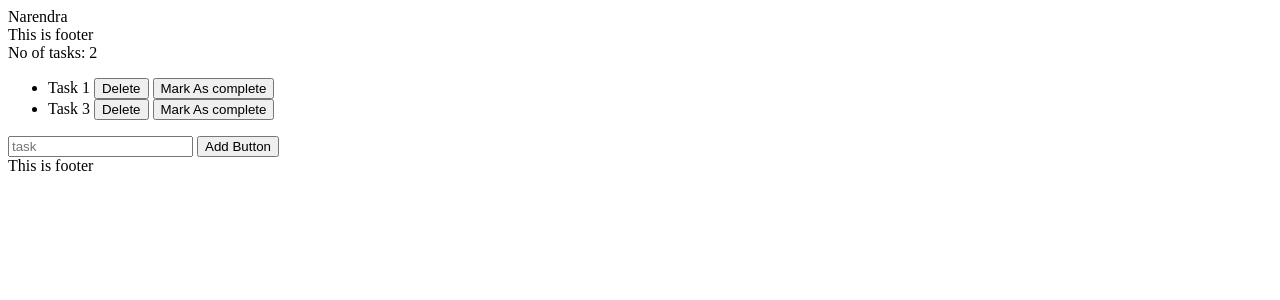
Repository: narendraiitm/jan-2023-term-live-session
Page: todo-vue/index.html
These files come from the project's save history. The page is drawn as it stood at one moment and after the next save; the edit follows.
The browser window is 1280 px wide. The pictures show the whole page.

Above is the page before, as saved 2023-02-16 17:32:32.

### todo-vue/index.html
<!DOCTYPE html>
<html lang="en">
  <head>
    <meta charset="UTF-8" />
    <meta http-equiv="X-UA-Compatible" content="IE=edge" />
    <meta name="viewport" content="width=device-width, initial-scale=1.0" />
    <title>Document</title>
    <style>
      .complete {
        color: red;
      }
    </style>
  </head>
  <body>
    <div id="app"></div>
    <script src="https://cdn.jsdelivr.net/npm/vue@2/dist/vue.js"></script>
    <script src="./app.js"></script>
  </body>
</html>

### todo-vue/app.js
const Footer = {
  template: `<div> This is footer </div>`,
}

Vue.component('Header', {
  template: `<div> {{name}}
  <Footer />
  </div>`,
  data() {
    return {
      name: 'Narendra',
    }
  },
  components: {
    Footer: Footer,
  },
})

new Vue({
  // options object
  el: '#app',
  template: `<div>
  <Header />
  <div> No of tasks: {{noOfTasks}} </div>
  <ul>
    <li v-for='(task, index) in tasks'>
        <span :class='{complete: task.complete}'>{{task.name}}</span>
        <button @click='deleteTask(index)'> Delete</button>
        <button @click='markAsComplete(index)'> Mark As complete</button>
    </li>
  </ul>
  <input placeholder='task' v-model='currentTask' />
  <button @click='addTask()'> Add Button </button>
  <Footer />
  </div>`,
  data: {
    currentTask: null,
    tasks: [
      { name: 'Task 1', complete: false },
      { name: 'Task 3', complete: false },
    ],
  },
  components: {
    Footer,
  },
  methods: {
    addTask() {
      this.tasks.push({ name: this.currentTask })
    },
    deleteTask(index) {
      this.tasks.splice(index, 1)
    },
    markAsComplete(index) {
      this.tasks[index].complete = true
    },
  },
  computed: {
    noOfTasks() {
      return this.tasks.length
    },
  },
  watch: {
    currentTask(newVal, oldVal) {
      if (newVal.length > 5) {
        alert('Length of the task cannot be more then 5')
      }
    },
  },
})

### todo-vue/Components/Footer.js
export default {
  template: `<div> This is footer </div>`,
}

After the next save:
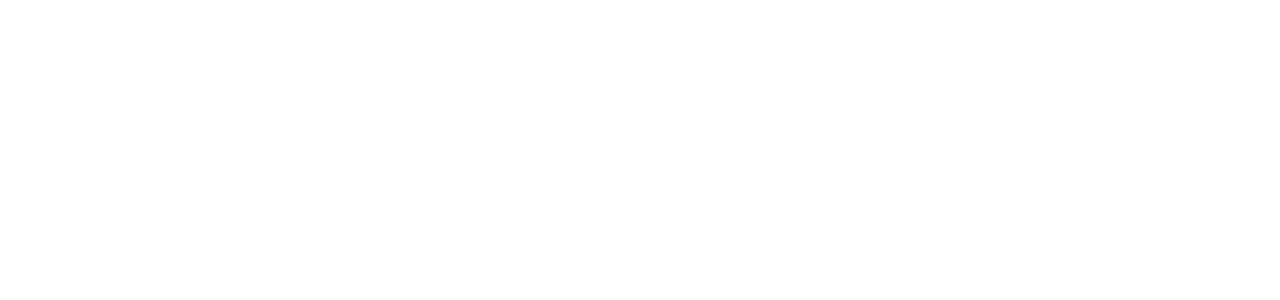
Console error: SyntaxError: Cannot use import statement outside a module
Saved 91 s later.
--- a/todo-vue/app.js
+++ b/todo-vue/app.js
@@ -1,6 +1,4 @@
-const Footer = {
-  template: `<div> This is footer </div>`,
-}
+import Footer from './Components/Footer.js'
 
 Vue.component('Header', {
   template: `<div> {{name}}

After the save that followed:
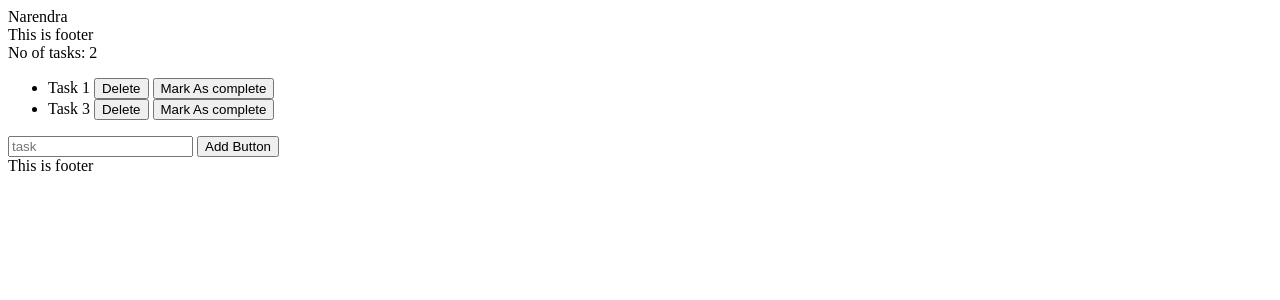
The error is gone.
Saved 93 s later.
--- a/todo-vue/index.html
+++ b/todo-vue/index.html
@@ -14,6 +14,6 @@
   <body>
     <div id="app"></div>
     <script src="https://cdn.jsdelivr.net/npm/vue@2/dist/vue.js"></script>
-    <script src="./app.js"></script>
+    <script src="./app.js" type="module"></script>
   </body>
 </html>
